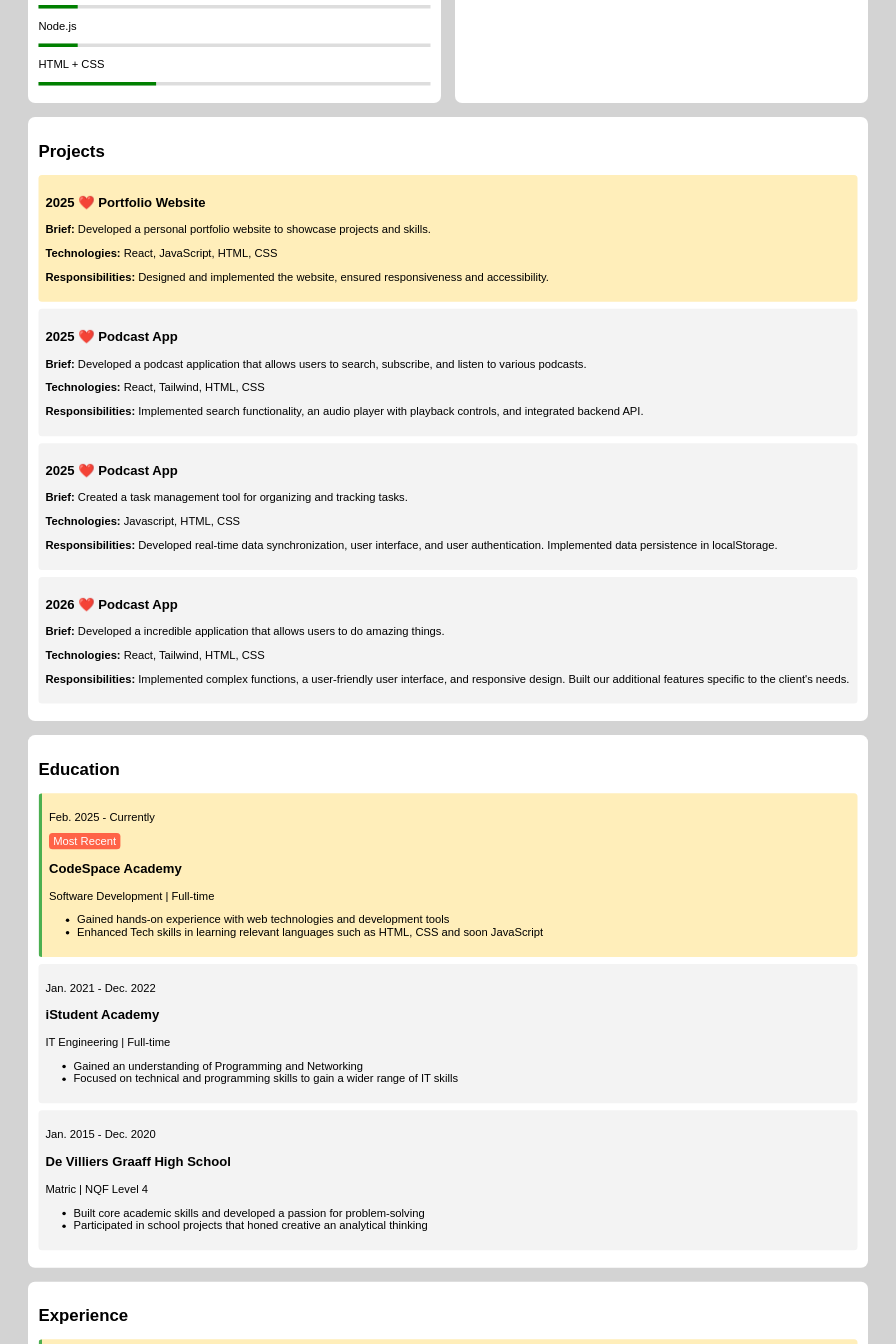
Repository: andajonas/ANDJON25111_fto2502_A2_AndaJonas_SDF_Portfolio_Piece
Page: index.html
These files come from the project's save history. The page is drawn as it stood at one moment and after a run of saves; the edit follows.
The browser window is 1280 px wide. The pictures show the part of the page from y = 403 to 2323 px (the page is 3128 px tall), at 70% of full size.
A picture or video elsewhere on the page could not be fetched, so the positions and the page height are approximate.

Above is the page before, as saved 2025-04-03 21:38:25.

### index.html
<!DOCTYPE html>
<html lang="en">
<head>
    <meta charset="UTF-8">
    <meta name="viewport" content="width=device-width, initial-scale=1.0">
    <title>Anda's Resume Project</title>
    <link rel="stylesheet" href="styles.css">
</head>
<body>

<div class="container">
    <!-- Profile Section -->
    <section class="profile">
        <img src="profile.jpg" alt="Profile Picture" class="profile-pic">
        <div class="profile-info">
            <h1>Anda Jonas</h1>
            <p>I am a beginner Software Developer passionate about building clean and responsive websites that are aesthetically pleasing as well as functional. I am always seeking to refine my skills and stay up to date with the latest trends.</p>
        </div>
    </section>

    <!-- Proficiency and Skills Section -->
    <section class="skills-container">
        <div class="proficiency">
            <h2>Proficiency</h2>
            <p><strong>Beginner Intermediate Advanced</strong></p>
            <p>JavaScript</p><div class="bar"><div class="progress" style="width: 10%;"></div></div>
            <p>React</p><div class="bar"><div class="progress" style="width: 10%;"></div></div>
            <p>Node.js</p><div class="bar"><div class="progress" style="width: 10%;"></div></div>
            <p>HTML + CSS</p><div class="bar"><div class="progress" style="width: 30%;"></div></div>
        </div>

        <div class="skills">
            <h2>Skills</h2>
            <div class="skill-tags">
                <span class="skill-item">Software Development</span>
                <span class="skill-item">Agile</span>
                <span class="skill-item">UI Design</span>
                <span class="skill-item">Problem Solving</span>
                <span class="skill-item">Git And Version Control</span>
                <span class="skill-item">Web Development</span>
                <span class="skill-item">Team Collaboration</span>
                <span class="skill-item">Functional Programming</span>
                <span class="skill-item">RESTful APIs</span>
            </div>
        </div>
    </section>

    <!-- Projects Section -->
    <section class="projects">
        <h2>Projects</h2>
        <div class="project-card">
            <h3>2025 ❤️ Portfolio Website</h3>
            <p><strong>Brief:</strong> Developed a personal portfolio website to showcase projects and skills.</p>
            <p><strong>Technologies:</strong> React, JavaScript, HTML, CSS</p>
            <p><strong>Responsibilities:</strong> Designed and implemented the website, ensured responsiveness and accessibility.</p>
        </div>

        <div class="project-card">
            <h3>2025 ❤️ Podcast App</h3>
            <p><strong>Brief:</strong> Developed a podcast application that allows users to search, subscribe, and listen to various podcasts.</p>
            <p><strong>Technologies:</strong> React, Tailwind, HTML, CSS</p>
            <p><strong>Responsibilities:</strong> Implemented search functionality, an audio player with playback controls, and integrated backend API.</p>
        </div>

        <div class="project-card">
            <h3>2025 ❤️ Podcast App</h3>
            <p><strong>Brief:</strong> Created a task management tool for organizing and tracking tasks.</p>
            <p><strong>Technologies:</strong> Javascript, HTML, CSS</p>
            <p><strong>Responsibilities:</strong> Developed real-time data synchronization, user interface, and user authentication. Implemented data persistence in localStorage.</p>
        </div>

        <div class="project-card">
            <h3>2026 ❤️ Podcast App</h3>
            <p><strong>Brief:</strong> Developed a incredible application that allows users to do amazing things.</p>
            <p><strong>Technologies:</strong> React, Tailwind, HTML, CSS</p>
            <p><strong>Responsibilities:</strong> Implemented complex functions, a user-friendly user interface, and responsive design. Built our additional features specific to the client's needs.</p>
        </div>
    </section>

    <!-- Education Section -->
    <section class="education">
        <h2>Education</h2>
        <div class="education-card green">
            <div class="exp-header">
                <p class="date">Feb. 2025 - Currently</p>
                <span class="tag">Most Recent</span>
            </div>
            <h3>CodeSpace Academy</h3>
            <p class="company">Software Development | Full-time</p>
            <ul>
                <li>Gained hands-on experience with web technologies and development tools</li>
                 <li>Enhanced Tech skills in learning relevant languages such as HTML, CSS and soon JavaScript</li>
        </div>

        <div class="education-card">
            <p class="date">Jan. 2021 - Dec. 2022</p>
            <h3>iStudent Academy</h3>
            <p class="company">IT Engineering | Full-time</p>
            <ul>
                <li>Gained an understanding of Programming and Networking</li>
                <li>Focused on technical and programming skills to gain a wider range of IT skills</li>
            </ul>
        </div>
        <div class="education-card">
            <p class="date">Jan. 2015 - Dec. 2020</p>
            <h3>De Villiers Graaff High School</h3>
            <p class="company">Matric | NQF Level 4</p>
            <ul>
                <li>Built core academic skills and developed a passion for problem-solving</li>
                <li>Participated in school projects that honed creative an analytical thinking</li>
            </ul>
        </div>
    </section>

    <!-- Experience Section -->
    <section class="experience">
        <h2>Experience</h2>
        <div class="experience-card green">
            <div class="exp-header">
                <p class="date">Sep. 2024 - Jan 2025</p>
                <span class="tag">Most Recent</span>
            </div>
            <h3>Customer Service Representative</h3>
            <p class="company">Amazon | Full-time</p>
            <ul>
                <li>Support customers, drivers and Delivery Service Partners to ensure successful deliveries</li>
                <li>Prevent issues and solve customer queries through phone, email or chat.</li>
        </div>

        <div class="experience-card">
            <p class="date">Sept. 2023 - Jul. 2024</p>
            <h3>Quality Assesor</h3>
            <p class="company">Liberty | Full-time</p>
            <ul>
                <li>Enhance the customer experience journey by quality assessing call center interactions(calls), enable low risk and zero surprises BAU and producing reports</li>
                <li>Contribute towards continuous improvement initiatives to improve compliance, processes, systems and skills</li>
            </ul>
        </div>
        <div class="experience-card">
            <p class="date">Feb. 2023 - Sept. 2023</p>
            <h3>Sales Agent | Insurance</h3>
            <p class="company">Liberty | Full-time</p>
            <ul>
                <li>Conduct outbound calls in a professional manner, ensuring excellent and accurate client service</li>
                <li>Sell the company's Life Insurance and Services to potential customers</li>
            </ul>
        </div>
    </section>

    <!-- Contact Section -->
    <section class="contact">
        <p class="contact-text">Let's chat! I'm ready to work on exciting projects.</p>
        <p class="contact-links">
            <a href="mailto:andajonas63@gmail.com">andajonas63@gmail.com</a> |
            <a href="tel:+27655461522"> 065 546 1522</a> |
            <a href="https://www.linkedin.com/in/anda-jonas/" target="_blank" rel="noopener noreferrer">LinkedIn</a> |
            <a href="https://github.com/andajonas" target="_blank" rel="noopener noreferrer"> GitHub</a>
        </p>
    </section>
</div>

</body>
</html>

### styles.css
/* General Layout */
body {
    font-family: Arial, sans-serif;
    margin: 0;
    padding: 0;
    background: #d3d3d3;
}

.container {
    max-width: 1200px;
    margin: auto;
    display: flex;
    flex-direction: column;
    gap: 20px;
}

/* Profile Section */
.profile {
    display: flex;
    align-items: center;
    padding: 20px;
    background: white;
    border-radius: 10px;
    line-height: 24px;

}

.profile-pic {
    width: 144px;
    height: 144px;
    border-radius: 24px;
    object-fit: cover;
    margin-right: 20px;
}

/* Skills Section */
.skills-container {
    display: flex;
    gap: 20px;
}

.proficiency, .skills {
    background: white;
    padding: 15px;
    border-radius: 10px;
    width: 50%;
}

.bar {
    width: 100%;
    height: 5px;
    background: #ddd;
    margin-bottom: 10px;
}

.progress {
    height: 5px;
    background: green;
}

.skill-tags {
    display: flex;
    flex-wrap: wrap;
    gap: 10px;
}

.skill-item {
    background: #ecf4f1;
    padding: 8px 14px;
    border-radius: 6px;
    font-size: 14px;
    display: inline-block;
}

/* Projects Section */
.projects {
    background: white;
    padding: 15px;
    border-radius: 10px;
    display: grid;
}

.project-card {
    background: #f3f3f3;
    padding: 10px;
    border-radius: 5px;
    margin-bottom: 10px;
}

/* Education Section */
.education {
    background: white;
    padding: 15px;
    border-radius: 10px;
}

.education-card {
    background: #f3f3f3;
    padding: 10px;
    border-radius: 5px;
    margin-bottom: 10px;
}

/* Experience Section */
.experience {
    background: white;
    padding: 15px;
    border-radius: 10px;
}

.experience-card {
    background: #f3f3f3;
    padding: 10px;
    border-radius: 5px;
    margin-bottom: 10px;
}

.green {
    background: #d5f5e3;
    border-left: 5px solid #4caf50;
}

.tag {
    background: #ff6347;
    color: white;
    padding: 3px 6px;
    border-radius: 5px;
}
.project-card:first-of-type,
.education-card:first-of-type,
.experience-card:first-of-type {
    background: #ffeeba; /* Light yellow or any color you prefer */
}


/* Contact Section */
.contact {
    background: #d35d36;
    color: white;
    text-align: center;
    padding: 15px;
    border-radius: 10px;
}

.contact-links a {
    color: white;
    font-weight: bold;
    text-decoration: none;
}

After the next 2 saves:
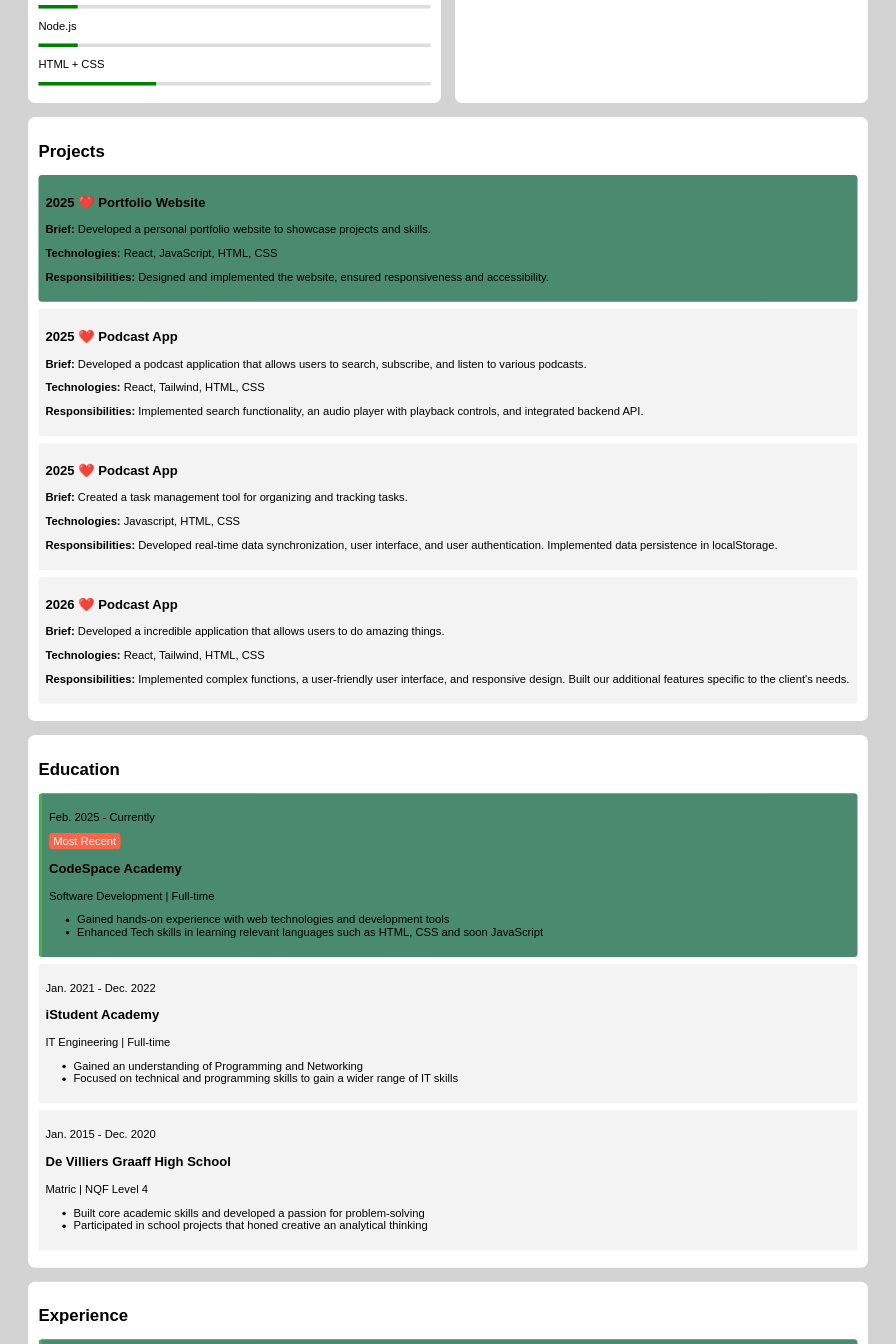
The 2 saves are shown as one change because they came seconds apart.
The last was saved 19 s later.
--- a/styles.css
+++ b/styles.css
@@ -129,7 +129,7 @@ body {
 .project-card:first-of-type,
 .education-card:first-of-type,
 .experience-card:first-of-type {
-    background: #ffeeba; /* Light yellow or any color you prefer */
+    background: #4A8B70; /* Light yellow or any color you prefer */
 }
 
 
